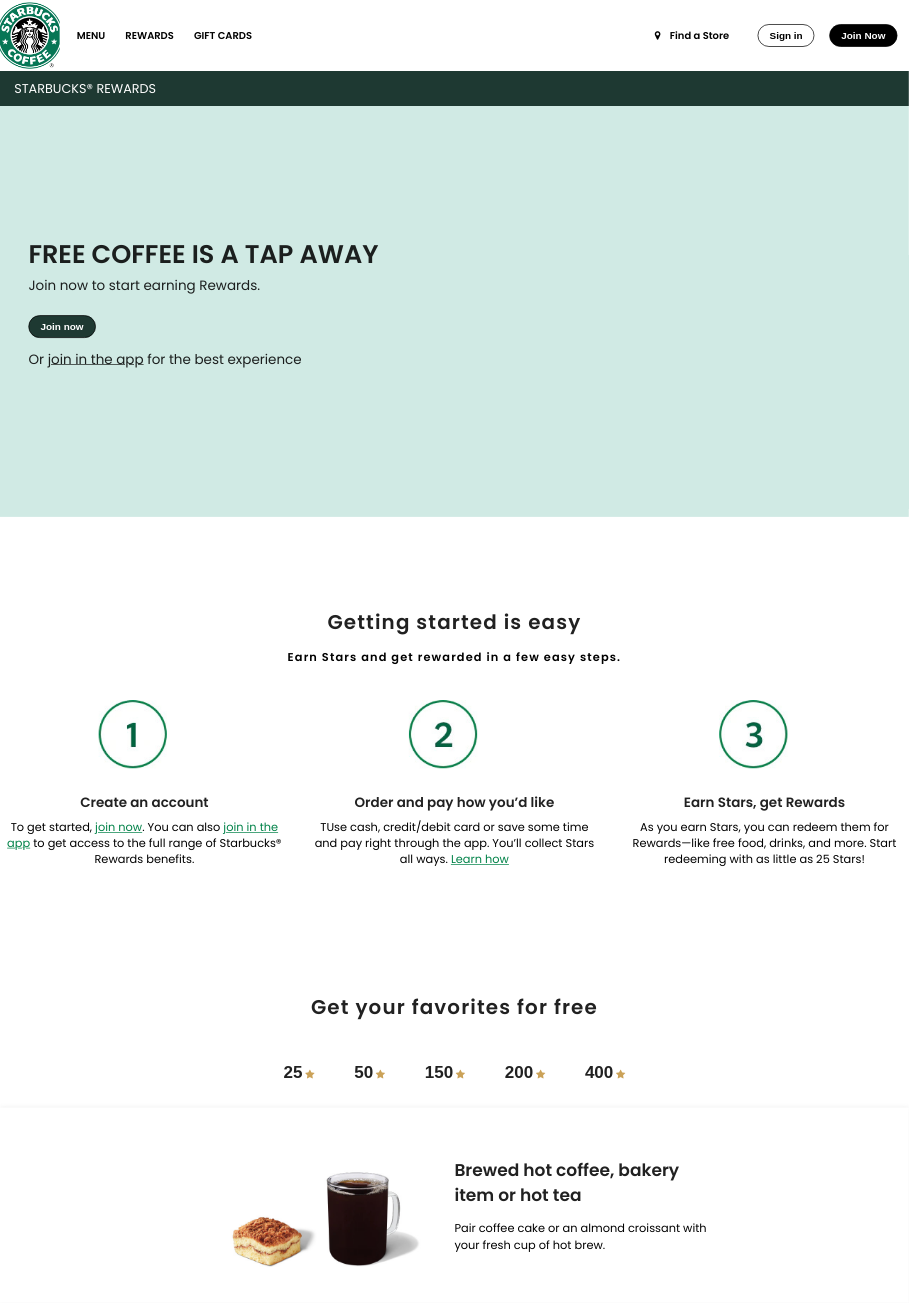
Repository: Akashiii1/StarBucks
Page: index.html
An editor plug-in stored every save of this project. The page is shown before and after the next save, followed by the edit.
The browser window is 1280 px wide. The pictures show the whole page, at 71% of full size.

Above is the page before, as saved 2022-01-28 22:38:24.

After the next save:
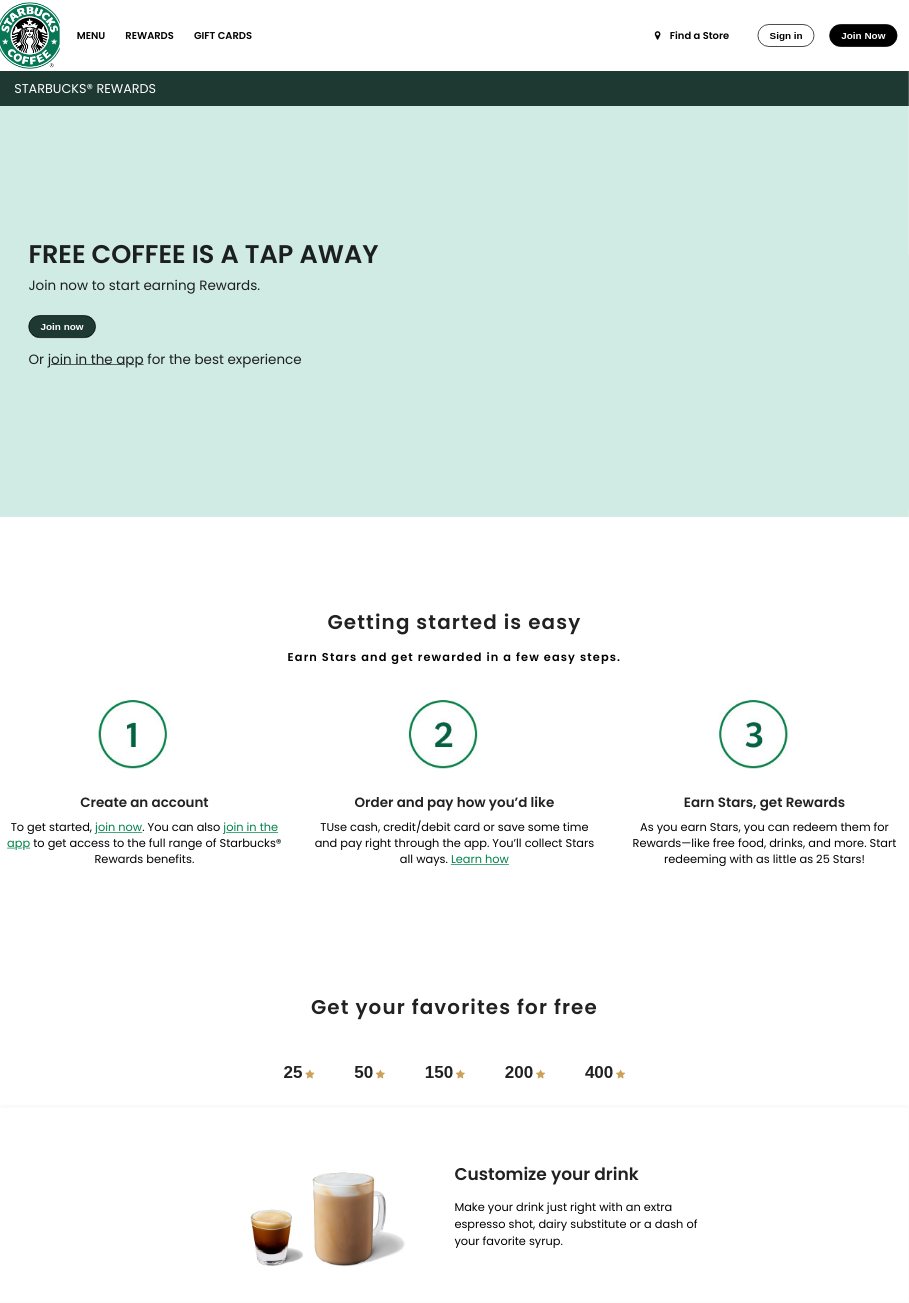
Saved 17 s later.
--- a/index.html
+++ b/index.html
@@ -135,7 +135,7 @@
 
       </div>
       <div class="container sub-tab">
-        <div class="tab-content" data-tab="i25">
+        <div class="tab-content active" data-tab="i25">
           <div class="tab-img">
             <img src="./Img/025.jpg" alt="">
           </div>
@@ -145,7 +145,7 @@
           </div>
         </div>
 
-        <div class="tab-content active" data-tab="i50">
+        <div class="tab-content " data-tab="i50">
           <div class="tab-img">
             <img src="./Img/050.jpg" alt="">
           </div>
